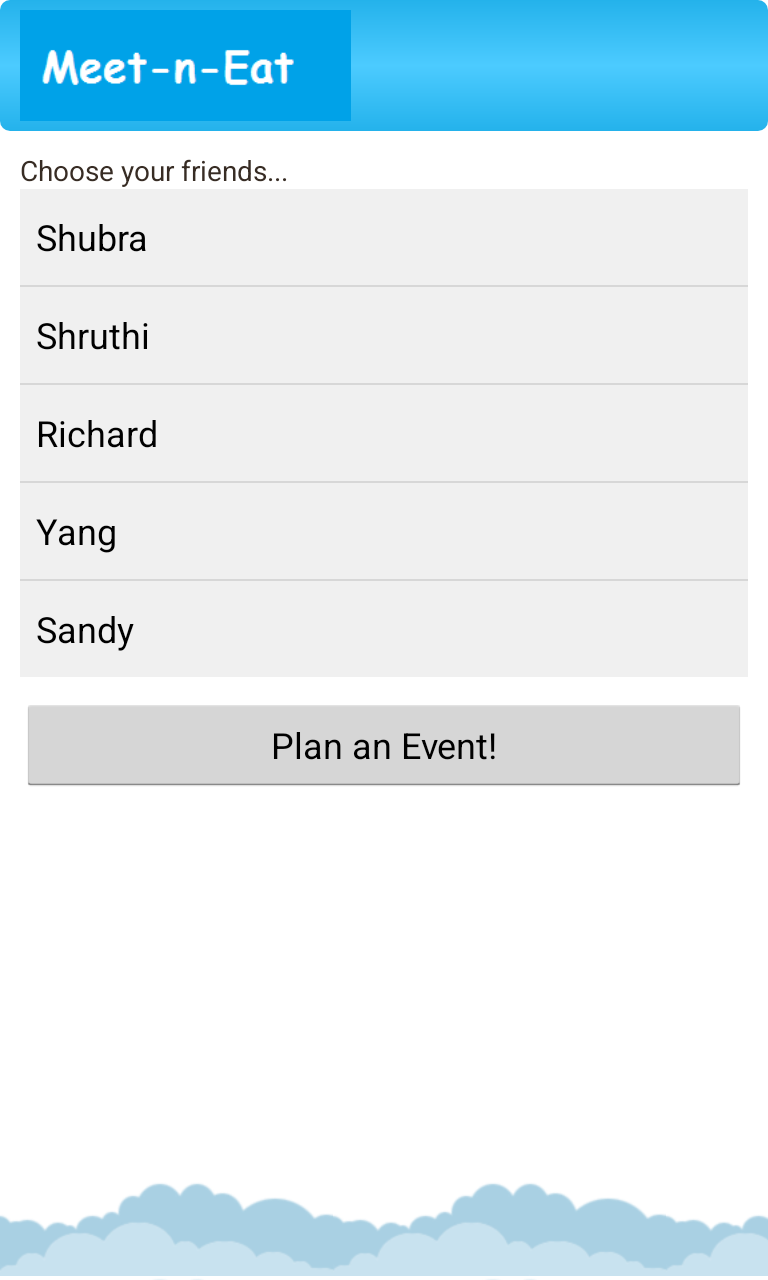
Repository: shubra-shetty/MasterProject
Layout: finalprojecttry1/finalproject_try1/res/layout/home.xml
An editor plug-in stored every save of this project. The layout is shown before and after the next save, followed by the edit.
It is drawn on a 768 x 1280 px phone screen (xhdpi) without system bars, with theme AppTheme; the app's code is not run. Lists and similar views that code fills are empty.

Above is the layout before, as saved 2014-11-20 06:05:28.

### finalprojecttry1/finalproject_try1/res/layout/home.xml
<?xml version="1.0" encoding="utf-8"?>
<ScrollView
  xmlns:android="http://schemas.android.com/apk/res/android"
  android:layout_width="fill_parent"
  android:layout_height="fill_parent"
  android:fillViewport="true">
  <RelativeLayout
  		android:layout_width="fill_parent"
  		android:layout_height="wrap_content" android:background="#ffffff">

  		<!--  Header  Starts-->
  		<LinearLayout android:id="@+id/header"
  				android:layout_width="fill_parent"
  				android:layout_height="wrap_content"
  				android:background="@layout/header_gradient"
  				android:paddingTop="5dip"
  				android:paddingBottom="5dip">
  				<!-- Logo Start-->
  				<ImageView android:src="@drawable/logo"
  							android:layout_width="wrap_content"
  							android:layout_height="wrap_content"
  							android:layout_marginLeft="10dip"/>
  				<!-- Logo Ends -->
  		</LinearLayout>
  		<!--  Header Ends -->
  		<!-- Footer Start -->
  		<LinearLayout android:id="@+id/footer"
  				android:layout_width="fill_parent"
  				android:layout_height="50dip"
  				android:background="@layout/footer_repeat"
  				android:orientation="horizontal"
  				android:layout_alignParentBottom="true">
  		</LinearLayout>
  		<!-- Footer Ends -->

  		<!-- Home Form -->
		<LinearLayout
		  android:orientation="vertical"
		  android:layout_width="match_parent"
		  android:layout_height="wrap_content"
		  android:padding="10dip"
		  android:layout_below="@id/header">
		  <!--  Welcome Label -->
		  <TextView android:layout_width="fill_parent"
		  		android:layout_height="wrap_content"
		  		android:textColor="#372c24"
		  		android:text="Choose your friends..."/>
		  <!--  Select your Friends -->
		   <!--  <Spinner
             android:id="@+id/spinnerfr"
             android:layout_width="match_parent"
             android:layout_height="wrap_content"
             android:entries="@array/friends_arrays"
             android:prompt="@string/friends_prompt" /> -->

		   <ListView android:id="@+id/friends"
        android:layout_width="match_parent"
        android:layout_height="match_parent"
        android:entries="@array/friends"
        android:drawSelectorOnTop="false"
        android:background="#0f000000"/>

		  <!-- Plan an Event button -->
		  <Button android:id="@+id/btnPlan"
		  		android:layout_width="fill_parent"
		  		android:layout_height="wrap_content"
		  		android:layout_marginTop="10dip"
		  		android:text="Plan an Event!"/>


		</LinearLayout>
  		<!-- Home Form Ends -->

  </RelativeLayout>
</ScrollView>

### finalprojecttry1/finalproject_try1/res/layout/footer_repeat.xml
<?xml version="1.0" encoding="utf-8"?>
<bitmap xmlns:android="http://schemas.android.com/apk/res/android"
    android:src="@drawable/repeat_bg"
    android:tileMode="repeat" />

### finalprojecttry1/finalproject_try1/res/values/strings.xml
<?xml version="1.0" encoding="utf-8"?>
<resources>
    <string name="app_name">finalproject_try1</string>
  <string name="hello">Hello World, LoginActivity!</string>
    <string name="menu_settings">Settings</string>
    <string name="title_activity_main">Meet-n-Eat</string>

    <string name="cuisine_prompt">Choose a cuisine</string>

    <string-array name="cuisine_arrays">
        <item>American</item>
        <item>Mexican</item>
        <item>Chinese</item>
        <item>Italian</item>
        <item>Indian</item>
        <item>Thai</item>
    </string-array>

    <string name="friends_prompt">Choose your Friends</string>

    <string-array name="friends">
        <item>Shubra</item>
        <item>Shruthi</item>
        <item>Richard</item>
        <item>Yang</item>
        <item>Sandy</item>
    </string-array>

    <string name="type_prompt">Place to meet</string>

    <string-array name="type_arrays">
        <item>Restaurant</item>
        <item>Fast food</item>
        <item>Cafe</item>
        <item>Pizza</item>
        <item>Bakery</item>
        <item>Ice cream</item>
    </string-array>

</resources>

Loaded but not shown: finalprojecttry1/finalproject_try1/res/values/styles.xml (common file); finalprojecttry1/finalproject_try1/res/values-v11/styles.xml (common file); finalprojecttry1/finalproject_try1/res/values-v14/styles.xml (common file); finalprojecttry1/finalproject_try1/res/layout/header_gradient.xml (common file)

After the next save:
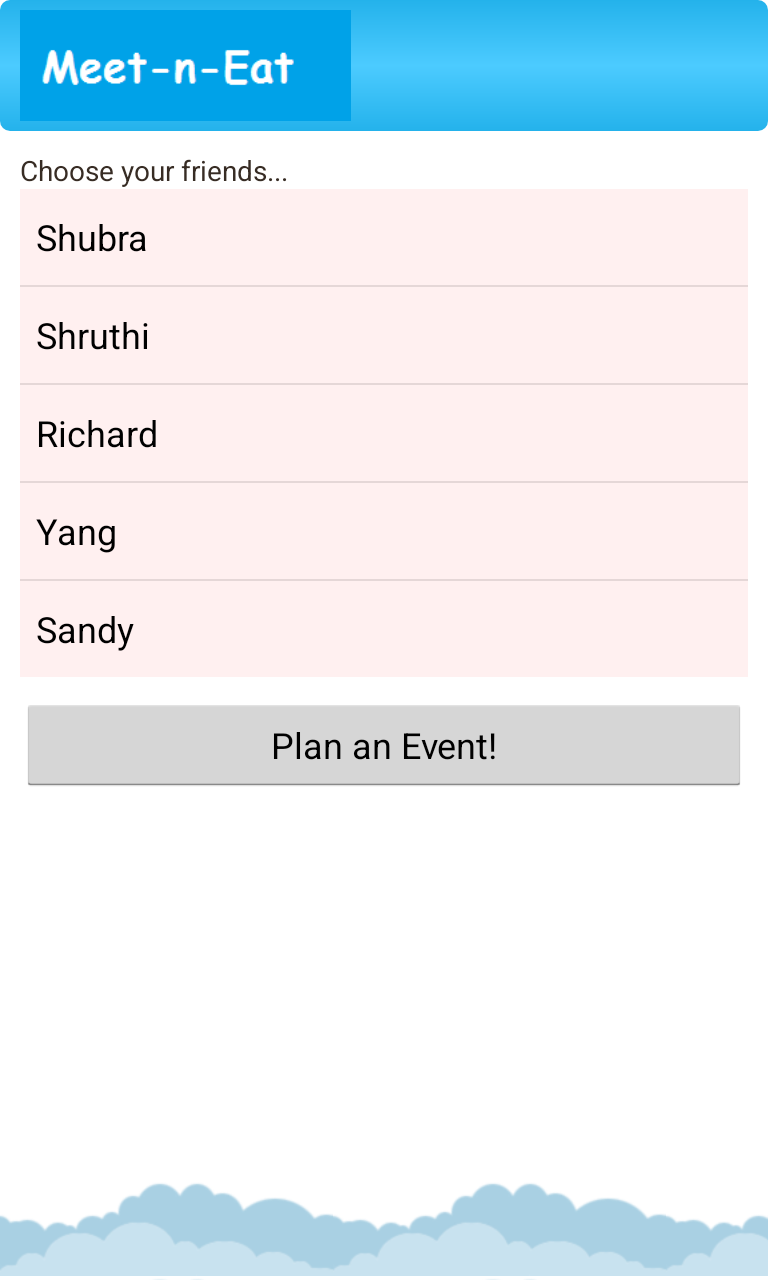
Saved 8 s later.
--- a/finalprojecttry1/finalproject_try1/res/layout/home.xml
+++ b/finalprojecttry1/finalproject_try1/res/layout/home.xml
@@ -58,7 +58,7 @@
         android:layout_height="match_parent"
         android:entries="@array/friends"
         android:drawSelectorOnTop="false"
-        android:background="#0f000000"/>
+        android:background="#0ff00000"/>
 
 		  <!-- Plan an Event button -->
 		  <Button android:id="@+id/btnPlan"
